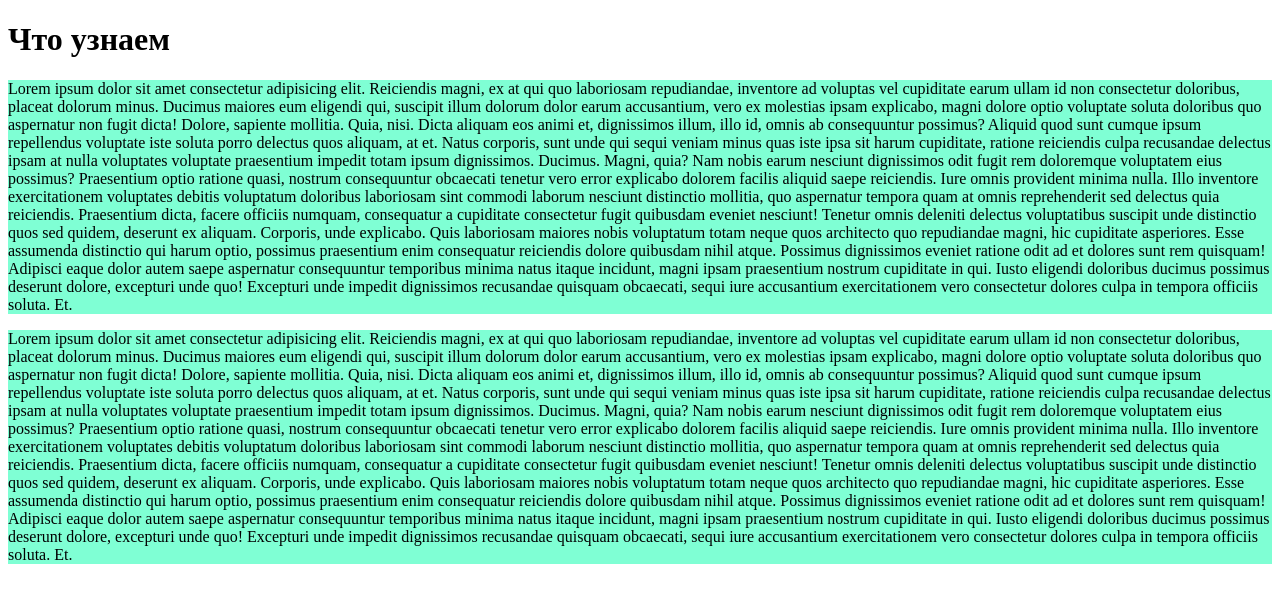
Repository: AytacSafarova/Figma--task
Page: index.html
These files come from the project's save history. The page is drawn as it stood at one moment and after the next save; the edit follows.
The browser window is 1280 px wide. The pictures show the whole page.

Above is the page before, as saved 2023-08-02 13:36:25.
Console error: ReferenceError: camelcase is not defined

After the next save:
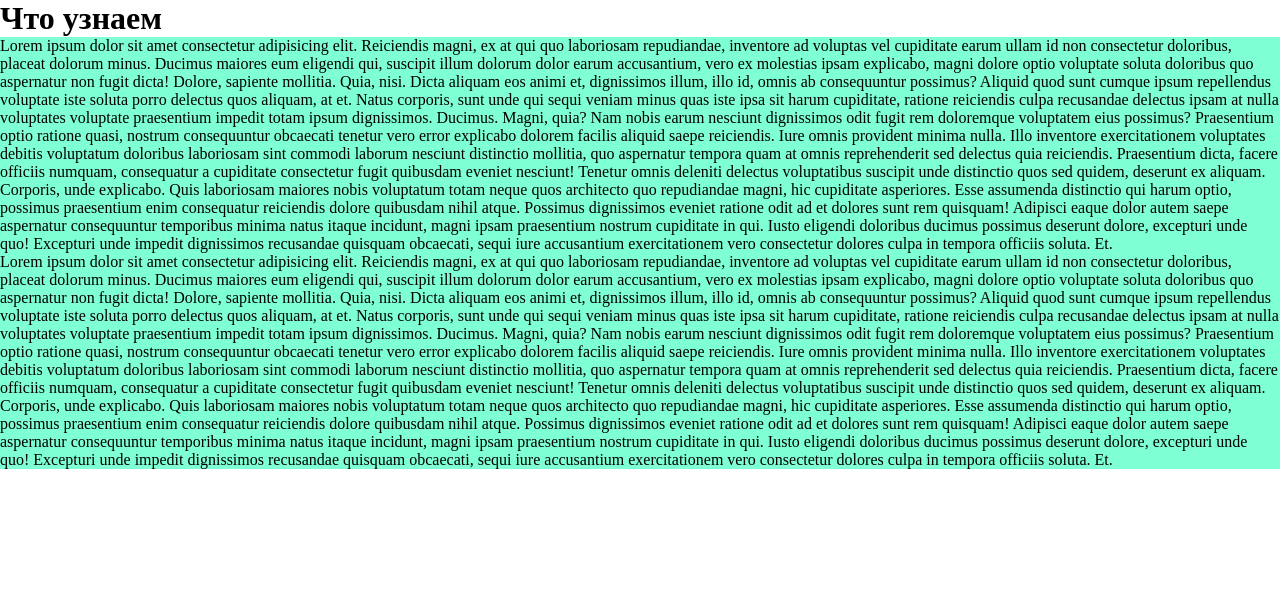
Saved 79 s later.
--- a/index.css
+++ b/index.css
@@ -1,8 +1,8 @@
-/* *{
+*{
     margin: 0;
     padding: 0;
     box-sizing: border-box;
-} */
+}
 p{
     background-color: aquamarine;
 }
